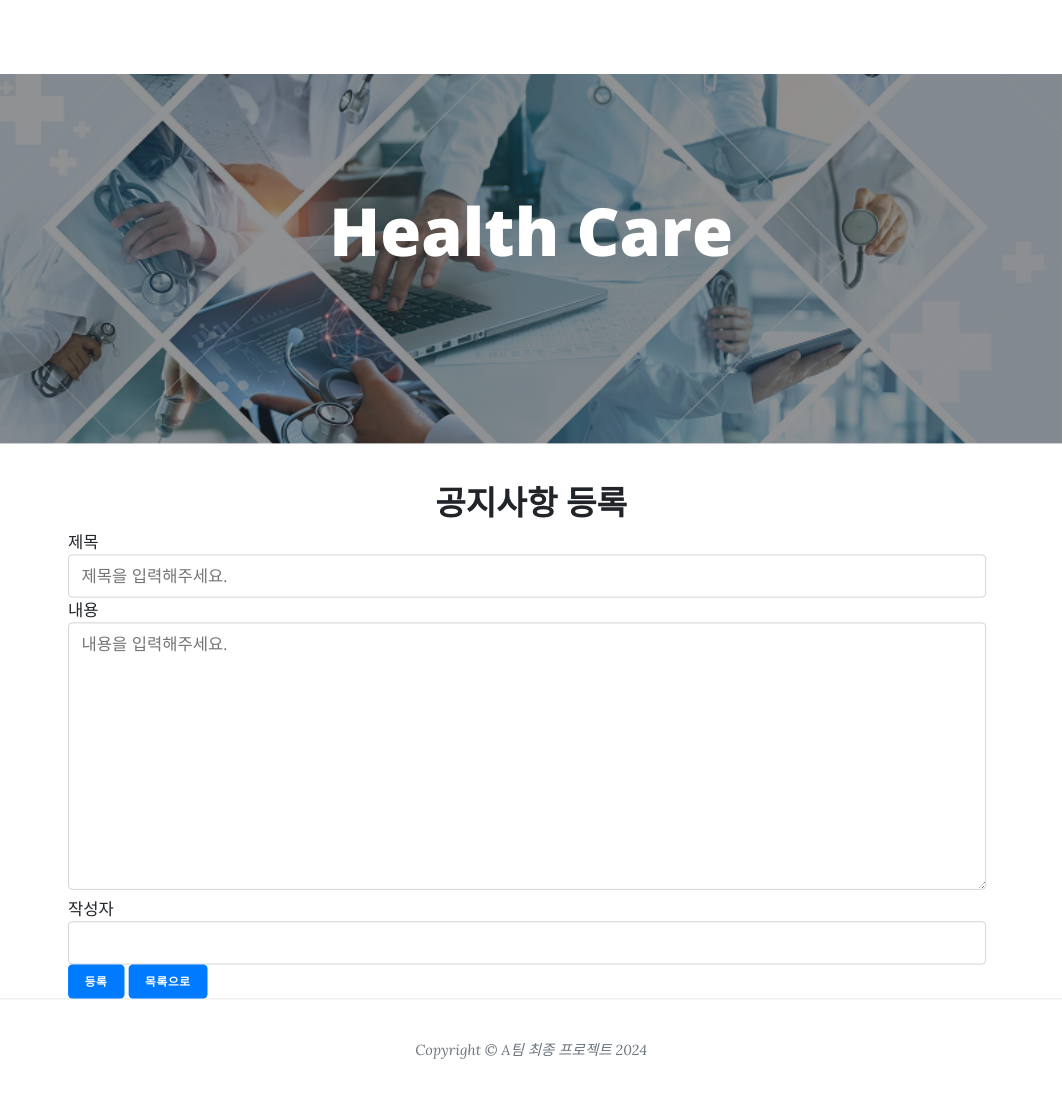
Repository: honsb91/project
Page: http://localhost/hospital/WEB-INF/views/board/notwriter.jsp
These files come from the project's save history. The page is drawn as it stood at one moment and after the next save; the edit follows.
The browser window is 1280 px wide. The pictures show the whole page, at 83% of full size.
Some web libraries are served in a nearby version. The page is served by Tomcat 9. Nobody is signed in. Other server files are loaded and not shown. The template is opened directly, without the code that normally fills it, so the values that code supplies are empty.

Above is the page before, as saved 2024-02-07 03:02:31.

### hospital/src/main/webapp/WEB-INF/views/board/notwriter.jsp
<%@ page language="java" contentType="text/html; charset=UTF-8"
    pageEncoding="UTF-8"%>
<!DOCTYPE html>
<html>
<head>
<meta charset="UTF-8">
<title>Insert title here</title>
</head>
<link rel="stylesheet" href="/resources/css/board/notwriter.css">
<script src="https://ajax.googleapis.com/ajax/libs/jquery/3.3.1/jquery.min.js"></script>
<body>
<jsp:include page="/WEB-INF/views/include/header.jsp"/>
<h1>공지사항 등록</h1>
<form id="notice_form" action="/board/notwriter" method="post">
<div class="container">
    <div class="form-container">
        <div class="menu">제목</div>
           <input type="text" name="notice_title" class="notice-subject" placeholder=" 제목을 입력해주세요.">
    </div>
    <div class="form-container">
        <div class="menu">내용</div>
           <textarea name="notice_content" cols="30" rows="10" placeholder=" 내용을 입력해주세요." class="content"></textarea>
    </div>
    <div class="form-container">
        <div class="menu">작성자</div>
        <input type="text" name="notice_writer" id="writer" class="notice-subject">
    </div>
    <div class="button-container">
    <button type="submit" class="btn">등록</button>
    <button type="button" class="btn" id="notice_list">목록으로</button>
    </div>
    </div>
</form>
<jsp:include page="/WEB-INF/views/include/footer.jsp"/>
</body>
<script>
$(document).ready(function(){
    $("#notice_list").click(function(){
        // 목록 페이지로 이동
        window.location.href = "/board/notice";
    });
});
</script>
</html>

### hospital/src/main/webapp/WEB-INF/views/include/header.jsp
<%@ page language="java" contentType="text/html; charset=UTF-8"
	pageEncoding="UTF-8"%>
<%@ taglib prefix="c" uri="http://java.sun.com/jsp/jstl/core"%>
<meta charset="UTF-8">`
<title>Insert title here</title>
<head>
<meta charset="utf-8" />
<meta name="viewport" content="width=device-width, initial-scale=1, shrink-to-fit=no" />
<meta name="description" content="" />
<meta name="author" content="" />
<link rel="icon" type="image/x-icon" href="/resources/assets/favicon.ico" />
<script src="https://use.fontawesome.com/releases/v6.3.0/js/all.js" crossorigin="anonymous"></script>
<link href="https://fonts.googleapis.com/css?family=Lora:400,700,400italic,700italic" rel="stylesheet" type="text/css" />
<link href="https://fonts.googleapis.com/css?family=Open+Sans:300italic,400italic,600italic,700italic,800italic,400,300,600,700,800"
	rel="stylesheet" type="text/css" />
<link href="/resources/css/styles.css" rel="stylesheet" />
</head>
<body>
	<!-- Navigation-->
	<nav class="navbar navbar-expand-lg navbar-light" id="mainNav">
		<div class="container px-4 px-lg-5">
			<a class="navbar-brand" href="/main">Health Care</a>
			<button class="navbar-toggler" type="button"
				data-bs-toggle="collapse" data-bs-target="#navbarResponsive"
				aria-controls="navbarResponsive" aria-expanded="false"
				aria-label="Toggle navigation">
				Menu <i class="fas fa-bars"></i>
			</button>
			<div class="collapse navbar-collapse" id="navbarResponsive">
				<ul class="navbar-nav ms-auto py-4 py-lg-0 ">
    				<li class="nav-item"><a class="nav-link px-lg-3 py-3 py-lg-4" href="/main">Home</a></li>
    				<!-- 관리자로 로그인시 faq 와 공지사항은 안보이게 처리-->
    				<c:if test="${empty admin}">
    					<li class="nav-item"><a class="nav-link px-lg-3 py-3 py-lg-4" href="<c:url value='/board/faq'/>">FAQ</a></li>
    					<li class="nav-item"><a class="nav-link px-lg-3 py-3 py-lg-4" href="<c:url value='/board/notice'/>">공지사항</a></li>
    					<li class="nav-item"><a class="nav-link px-lg-3 py-3 py-lg-4" href="<c:url value='/board/qsboard'/>">질문게시판</a></li>
    				</c:if>

    				<c:if test="${empty patient and empty admin}">
        			<!-- 로그인 안 된 경우 -->
        				<li class="nav-item"><a class="nav-link px-lg-3 py-3 py-lg-4" href="<c:url value='/member/login'/>">로그인</a></li>
        				<li class="nav-item"><a class="nav-link px-lg-3 py-3 py-lg-4" href="<c:url value='/admin/login'/>">관리자 로그인</a></li>
        				<li class="nav-item"><a class="nav-link px-lg-3 py-3 py-lg-4" href="<c:url value='/member/join'/>">회원가입</a></li>
    				</c:if>

    				<c:if test="${not empty patient}">
        			<!-- 일반 회원으로 로그인된 경우 -->
        				<li class="nav-item"><a class="nav-link px-lg-3 py-3 py-lg-4" href="<c:url value='/member/logout'/>">로그아웃</a></li>
    				</c:if>

    				<c:if test="${not empty admin}">
        			<!-- 관리자로 로그인된 경우 -->
        				<li class="nav-item"><a class="nav-link px-lg-3 py-3 py-lg-4" href="<c:url value='/board/patient'/>">환자정보 관리</a></li>
        				<li class="nav-item"><a class="nav-link px-lg-3 py-3 py-lg-4" href="<c:url value='/board/faq'/>">FAQ 관리</a></li>
        				<li class="nav-item"><a class="nav-link px-lg-3 py-3 py-lg-4" href="<c:url value='/board/notice'/>">공지사항 관리</a></li>
        				<li class="nav-item"><a class="nav-link px-lg-3 py-3 py-lg-4" href="<c:url value='/admin/logout'/>">로그아웃</a></li>
    				</c:if>
				</ul>
			</div>
		</div>
	</nav>
	<!-- Page Header-->
	<header class="masthead" style="background-image: url('/resources/assets/img/test4.png')">
		<div class="container position-relative px-4 px-lg-5">
			<div class="row gx-4 gx-lg-5 justify-content-center">
				<div class="col-md-10 col-lg-8 col-xl-7">
					<div class="site-heading">
						<h1>Health Care</h1>
					</div>
				</div>
			</div>
		</div>
	</header>

### hospital/src/main/webapp/WEB-INF/views/include/footer.jsp
<%@ page language="java" contentType="text/html; charset=UTF-8"
    pageEncoding="UTF-8"%>
<!DOCTYPE html>
<html>
<head>
<meta charset="UTF-8">
<title>Insert title here</title>
</head>
<body>
<footer class="border-top">
		<div class="container px-4 px-lg-5">
			<div class="row gx-4 gx-lg-5 justify-content-center">
				<div class="col-md-10 col-lg-8 col-xl-7">
					<div class="small text-center text-muted fst-italic">Copyright
						&copy; A팀 최종 프로젝트 2024</div>
				</div>
			</div>
		</div>
	</footer>
	<!-- Bootstrap core JS-->
	<script
		src="https://cdn.jsdelivr.net/npm/bootstrap@5.2.3/dist/js/bootstrap.bundle.min.js"></script>
	<!-- Core theme JS-->
	<script src="js/scripts.js"></script>
</body>
</html>

### hospital/src/main/webapp/resources/css/board/notwriter.css

h1 {
    text-align: center;
}

/* form {
    max-width: 4000px;
    margin: 0 auto;
} */

input[type="text"],
textarea {
    width: calc(100% - 10px);
    padding: 10px;
    border-radius: 5px;
    border: 1px solid #ccc;
}

button.btn {
    padding: 10px 20px;
    background-color: #007bff;
    color: #fff;
    border: none;
    border-radius: 5px;
    cursor: pointer;
}

### hospital/src/main/webapp/resources/js/scripts.js
/*!
* Start Bootstrap - Clean Blog v6.0.9 (https://startbootstrap.com/theme/clean-blog)
* Copyright 2013-2023 Start Bootstrap
* Licensed under MIT (https://github.com/StartBootstrap/startbootstrap-clean-blog/blob/master/LICENSE)
*/
window.addEventListener('DOMContentLoaded', () => {
    let scrollPos = 0;
    const mainNav = document.getElementById('mainNav');
    const headerHeight = mainNav.clientHeight;
    window.addEventListener('scroll', function() {
        const currentTop = document.body.getBoundingClientRect().top * -1;
        if ( currentTop < scrollPos) {
            // Scrolling Up
            if (currentTop > 0 && mainNav.classList.contains('is-fixed')) {
                mainNav.classList.add('is-visible');
            } else {
                console.log(123);
                mainNav.classList.remove('is-visible', 'is-fixed');
            }
        } else {
            // Scrolling Down
            mainNav.classList.remove(['is-visible']);
            if (currentTop > headerHeight && !mainNav.classList.contains('is-fixed')) {
                mainNav.classList.add('is-fixed');
            }
        }
        scrollPos = currentTop;
    });
})

Loaded but not shown: hospital/src/main/webapp/resources/css/styles.css (library)

After the next save:
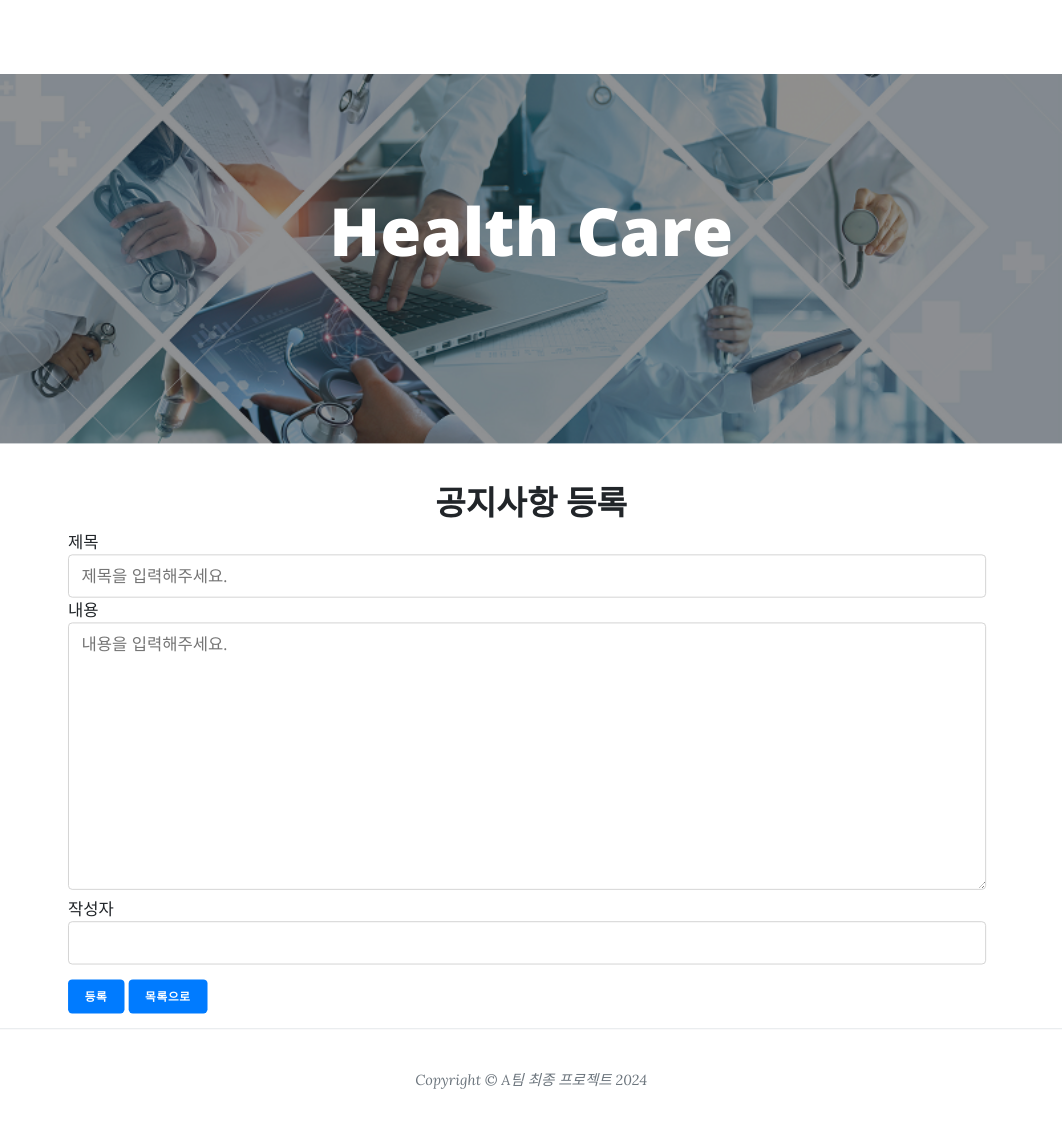
Saved 15 min 46 s later.
--- a/hospital/src/main/webapp/resources/css/board/notwriter.css
+++ b/hospital/src/main/webapp/resources/css/board/notwriter.css
@@ -23,4 +23,6 @@ button.btn {
     border: none;
     border-radius: 5px;
     cursor: pointer;
+    margin-top: 18px;
+    margin-bottom: 18px;
 }
